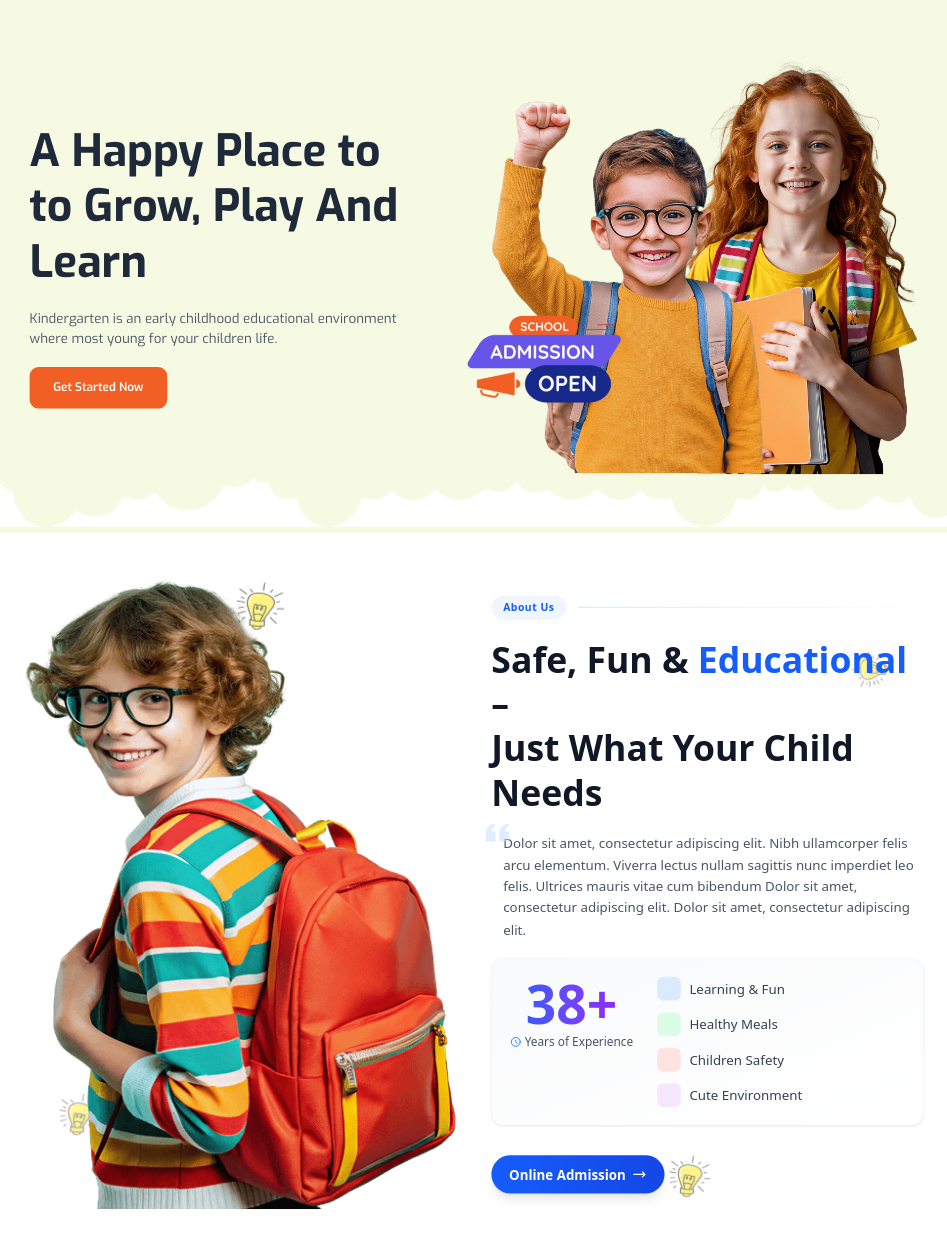
Repository: deepak445566/school
Page: / (app in okwork/)
An editor plug-in stored every save of this project. The page is shown before and after the next save, followed by the edit.
The browser window is 1280 px wide. The pictures show the whole page, at 74% of full size.
Some web fonts or font styles are not loaded; a fallback is used. The project was rebuilt for these pictures with package versions that can differ from the ones it lists, and the page was loaded fresh each time. Some packages were replaced by stand-ins written for this rebuild. Also part of the build but not shown: okwork/vite.config.js.

Above is the page before, as saved 2026-02-18 18:38:56.

After the next save:
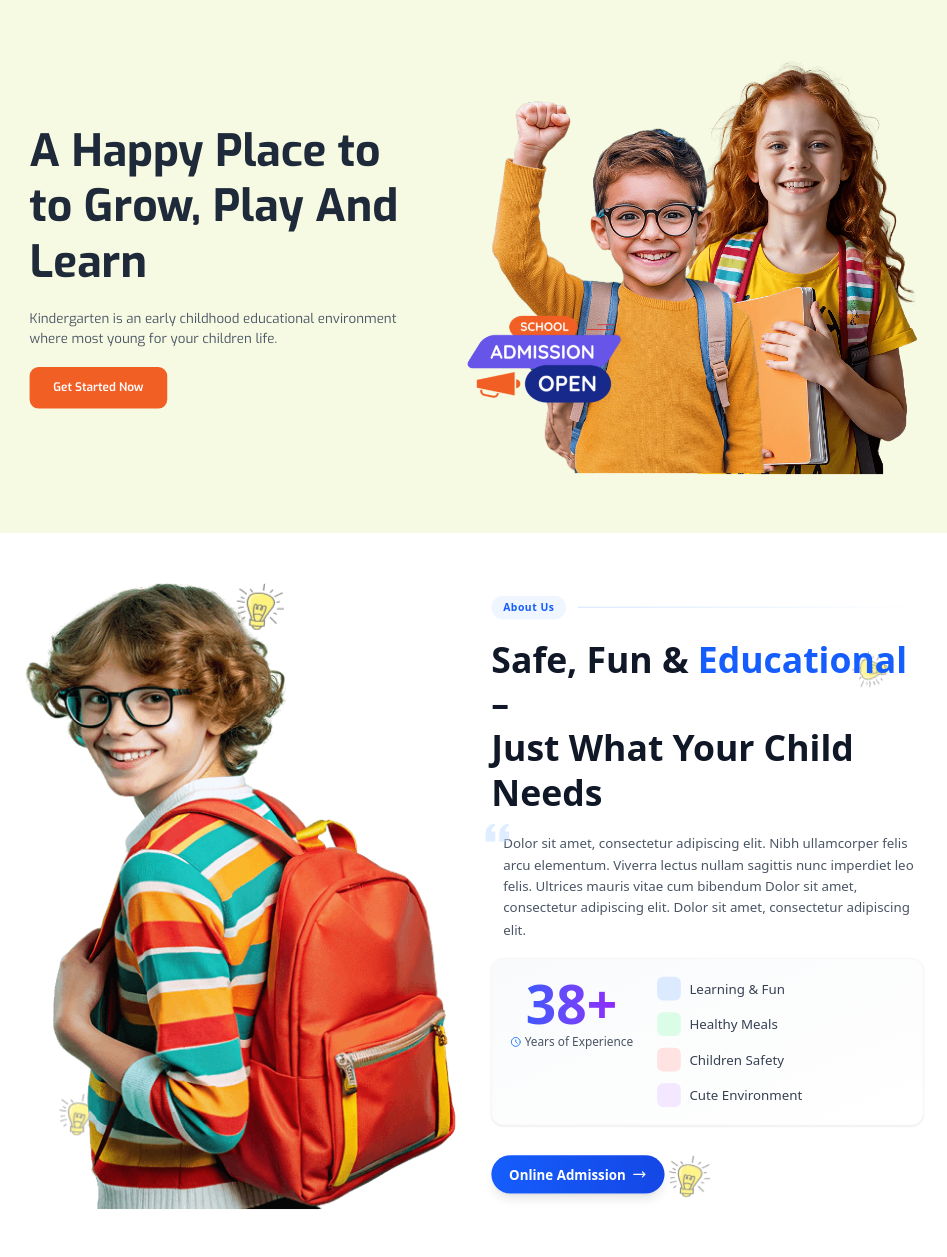
Saved 5 s later.
--- a/okwork/src/components/Home.jsx
+++ b/okwork/src/components/Home.jsx
@@ -57,7 +57,7 @@ most young for your children life.
         </div>
 
       </div>
-        <div className=" absolute bottom-2  z-1000">
+        <div className=" absolute bottom-  z-1000">
           <img src="/images/hero-line.png" className="w-full"/>
         </div>
 
